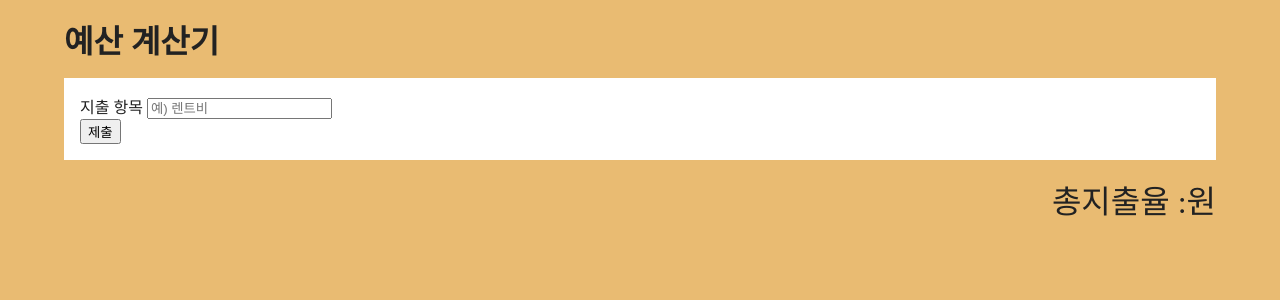
Repository: jongheonleee/budget_calculator
Page: /
An editor plug-in stored every save of this project. The page is shown before and after the next save, followed by the edit.
The browser window is 1280 px wide. The pictures show the whole page.
The project was rebuilt for these pictures with package versions that can differ from the ones it lists, and the page was loaded fresh each time.

Above is the page before, as saved 2025-02-07 21:43:39.

After the next save:
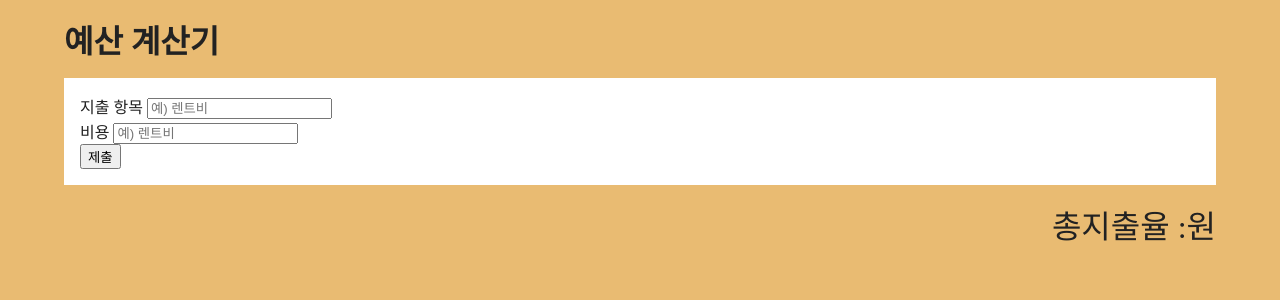
Saved 47 s later.
--- a/src/components/ExpenseForm.js
+++ b/src/components/ExpenseForm.js
@@ -16,7 +16,17 @@ export class ExpenseForm extends Component {
                         placeholder='예) 렌트비'
                     />
                 </div>
-                <div className='form-group'></div>
+                <div className='form-group'>
+                    <label htmlFor='charge'> 비용 </label>
+                    <input
+                        type='number'
+                        className='form-control'
+                        id='charge'
+                        name='charge'
+                        placeholder='예) 렌트비'
+                    />
+
+                </div>
             </div>
         </div>
 
